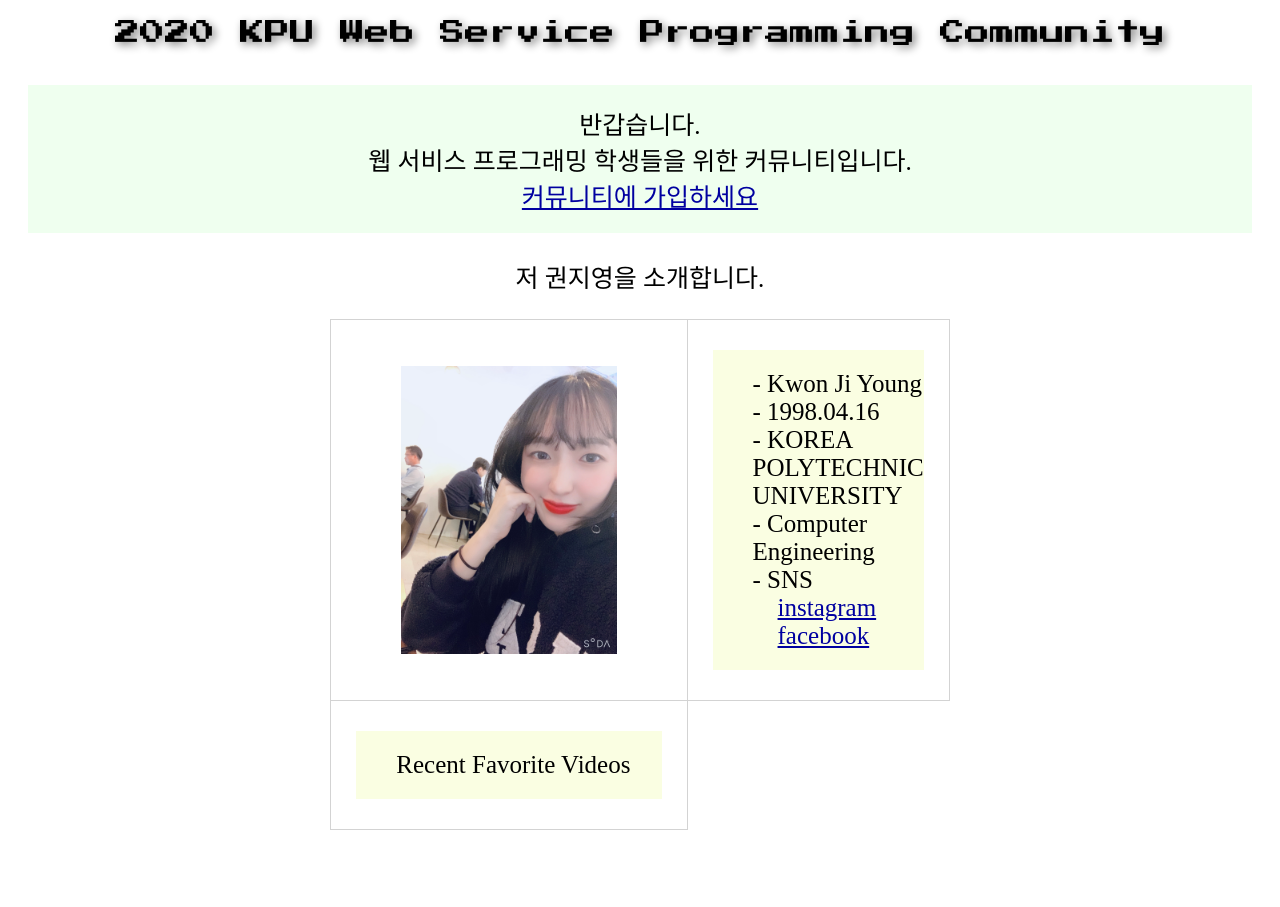
Repository: JiYoung-Kwon/WebProgramming
Page: workspace_20206R/kwonjiyoung_reg/WebContent/welcome.html
An editor plug-in stored every save of this project. The page is shown before and after the next save, followed by the edit.
The browser window is 1280 px wide. The pictures show the whole page.
Some web fonts or font styles are not loaded; a fallback is used.

Above is the page before, as saved 2020-10-07 08:27:23.

### workspace_20206R/kwonjiyoung_reg/WebContent/welcome.html
<!DOCTYPE html>
<html>

<head>
<meta charset="UTF-8">
<title>Web Service Programming Homework</title>
<link rel="stylesheet" href="resources/register.css" type="text/css"></link>
</head>

<body>
	<header> 2020 KPU Web Service Programming Community </header>

	<audio src="resources/물방울 - Tido Kang.mp3" autoplay>
	</audio>


	<p id=sect>
		반갑습니다. <br> 웹 서비스 프로그래밍 학생들을 위한 커뮤니티입니다. <br>
		<a	href="http://localhost:8080/kwonjiyoung_reg/StudentServlet?cmd=join" target="_self"> 커뮤니티에 가입하세요</a>
	</p>

	<div>
		<p>저 권지영을 소개합니다.</p>

		<div>
			<table>
				<tr>
					<th> <img src="resources/Jiyoung.jpg" alt="jiyoung" width="216"height="288" align ="middle"></th>
					<td>
						<ul>
							<li> - Kwon Ji Young</li>
							<li> - 1998.04.16</li>
							<li> - KOREA POLYTECHNIC UNIVERSITY</li>
							<li> - Computer Engineering</li>
							<li> - SNS</li>
						 	<li class = "a"><a href="https://www.instagram.com/jjiyomm/">instagram</a></li>
							<li class = "a"><a href="https://www.facebook.com/rhakrywkd">facebook</a></li>
						 </ul>
					</td>
				</tr>
				<tr>
					<td>
						<ul>
							<li> Recent Favorite Videos </li>
						</ul>
				</tr>
			</table>


		</div>
	</div>
</body>
</html>

### workspace_20206R/kwonjiyoung_reg/WebContent/resources/register.css
@charset "UTF-8";
@import url('https://fonts.googleapis.com/css2?family=Press+Start+2P&display=swap');
@import url('https://fonts.googleapis.com/css2?family=Nanum+Pen+Script&display=swap');
	header
	{
		margin : 20px 10px 40px 10px;
		font-family: 'Press Start 2P', cursive;
		font-size: 25px;
		text-shadow: 3px 3px 8px gray;
		text-align: center;
	}
	body{
		color: black;
		font-family: 'Nanum Pen Script', cursive;
		font-size: 25px;
	}
	div{
		margin-left: auto;
		margin-right: auto;
		width: 70%;
		text-align: center;
	}
	ul{
		list-style:none;
		text-align:left;
		background-color:#FAFEE2;
		margin-left:20px;
		margin-right: 20px;
		padding-top:20px; padding-bottom:20px;
	}
	#sect{
		background-color:#EFFFEF;
		text-align:center;
		margin:20px;
		padding:20px;
	}
	a{
		text-decoration: underline;
		color: #0000a0;
	}
	table{
		border-collapse: collapse;
		width:100%;
	}
	th{
		border: 1px solid lightgray;
		padding: 5px;
		width: 30%;
	}
	td{
		border: 1px solid lightgray;
		padding: 5px;
		width: 70%;
	}
	.a {
        text-indent: 1em;
      }

After the next save:
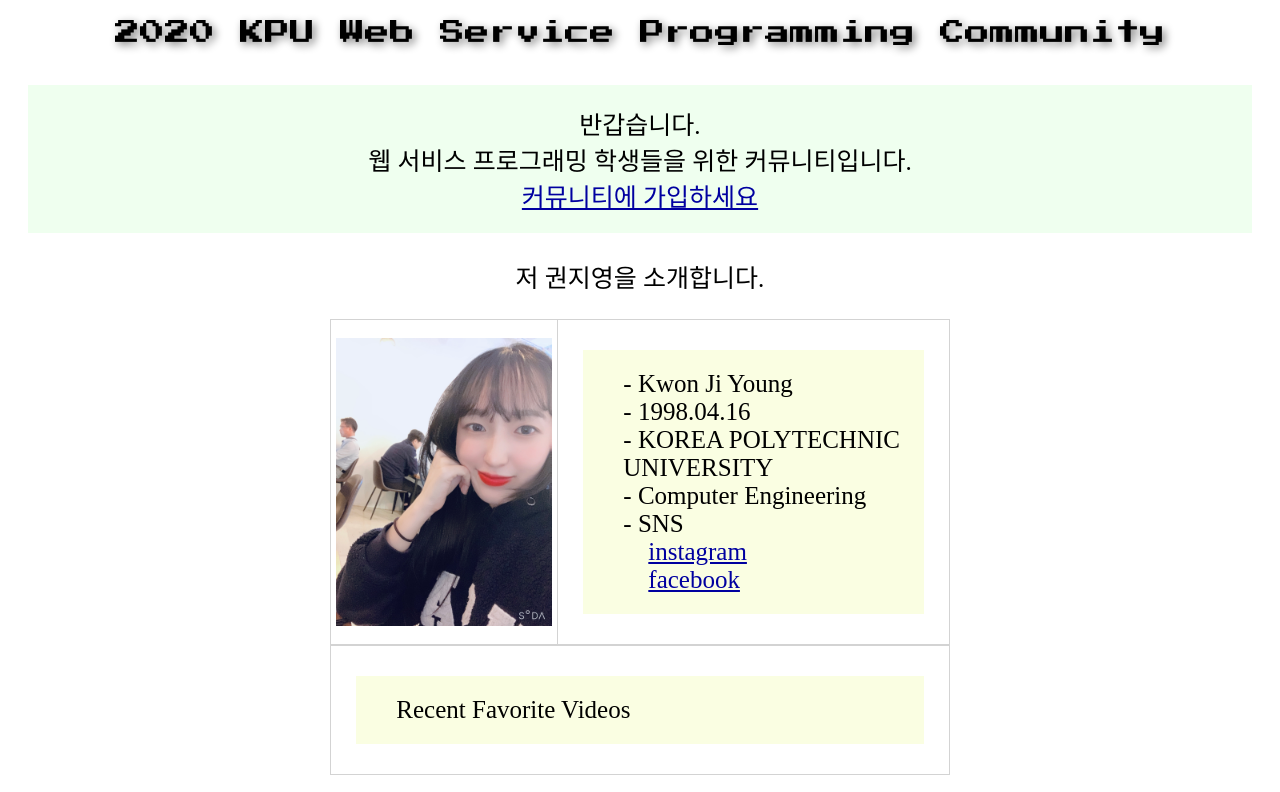
Saved 36 s later.
--- a/workspace_20206R/kwonjiyoung_reg/WebContent/welcome.html
+++ b/workspace_20206R/kwonjiyoung_reg/WebContent/welcome.html
@@ -15,8 +15,9 @@
 
 
 	<p id=sect>
-		반갑습니다. <br> 웹 서비스 프로그래밍 학생들을 위한 커뮤니티입니다. <br>
-		<a	href="http://localhost:8080/kwonjiyoung_reg/StudentServlet?cmd=join" target="_self"> 커뮤니티에 가입하세요</a>
+		반갑습니다. <br> 웹 서비스 프로그래밍 학생들을 위한 커뮤니티입니다. <br> <a
+			href="http://localhost:8080/kwonjiyoung_reg/StudentServlet?cmd=join"
+			target="_self"> 커뮤니티에 가입하세요</a>
 	</p>
 
 	<div>
@@ -25,27 +26,30 @@
 		<div>
 			<table>
 				<tr>
-					<th> <img src="resources/Jiyoung.jpg" alt="jiyoung" width="216"height="288" align ="middle"></th>
+					<th><img src="resources/Jiyoung.jpg" alt="jiyoung" width="216"
+						height="288" align="middle"></th>
 					<td>
 						<ul>
-							<li> - Kwon Ji Young</li>
-							<li> - 1998.04.16</li>
-							<li> - KOREA POLYTECHNIC UNIVERSITY</li>
-							<li> - Computer Engineering</li>
-							<li> - SNS</li>
-						 	<li class = "a"><a href="https://www.instagram.com/jjiyomm/">instagram</a></li>
-							<li class = "a"><a href="https://www.facebook.com/rhakrywkd">facebook</a></li>
-						 </ul>
+							<li>- Kwon Ji Young</li>
+							<li>- 1998.04.16</li>
+							<li>- KOREA POLYTECHNIC UNIVERSITY</li>
+							<li>- Computer Engineering</li>
+							<li>- SNS</li>
+							<li class="a"><a href="https://www.instagram.com/jjiyomm/">instagram</a></li>
+							<li class="a"><a href="https://www.facebook.com/rhakrywkd">facebook</a></li>
+						</ul>
 					</td>
 				</tr>
+			</table>
+
+			<table>
 				<tr>
 					<td>
 						<ul>
-							<li> Recent Favorite Videos </li>
+							<li>Recent Favorite Videos</li>
 						</ul>
 				</tr>
 			</table>
-
 
 		</div>
 	</div>
